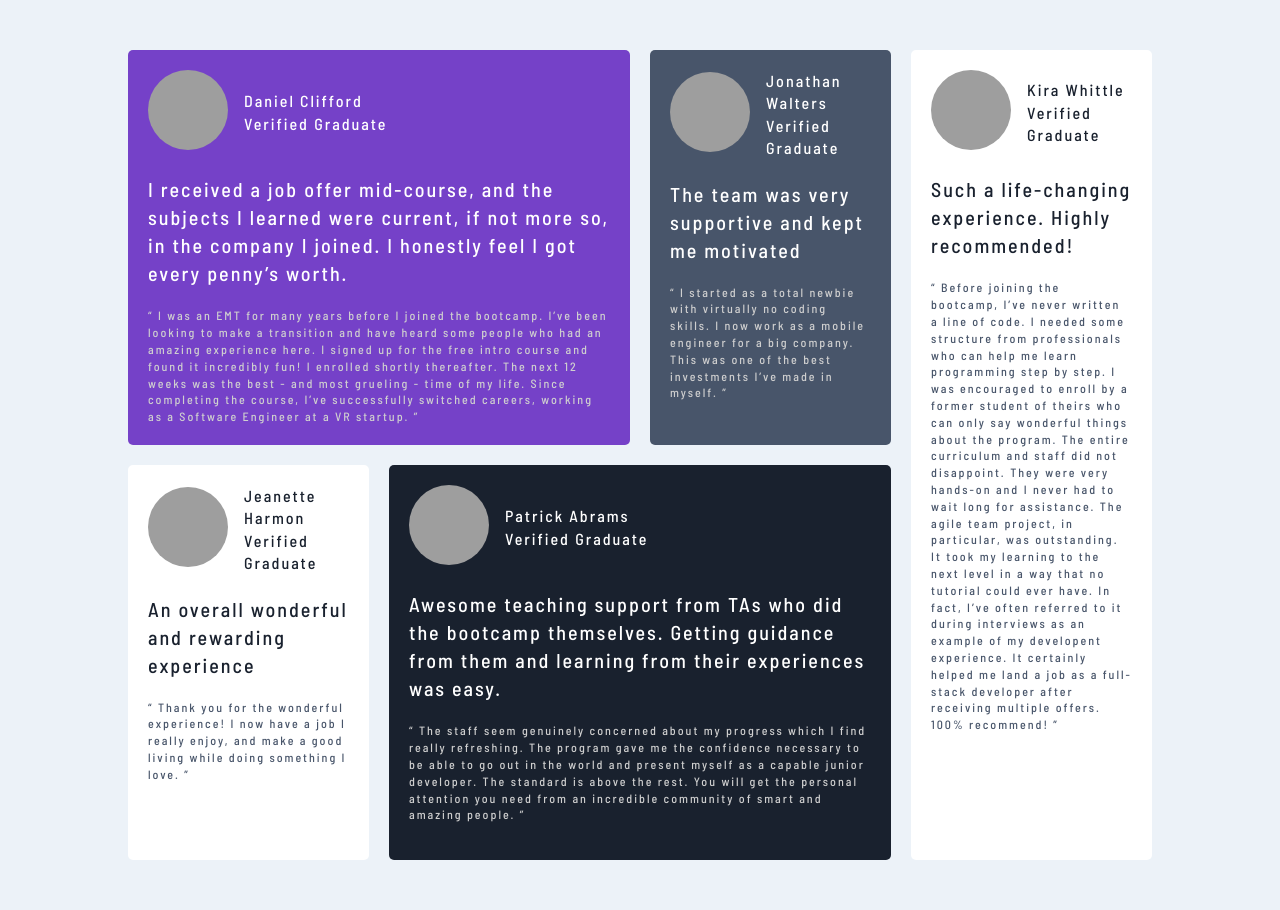
Repository: nptg3105/lab02-testimonials-grid
Page: index.html
These files come from the project's save history. The page is drawn as it stood at one moment and after the next save; the edit follows.
The browser window is 1280 px wide. The pictures show the whole page.
Pictures or frames that could not be fetched are drawn as grey boxes. The style sheet was rebuilt from its Sass, Less or Tailwind sources for each picture, by a compiler version that may differ from the author's.

Above is the page before, as saved 2021-12-08 06:00:22.

After the next save:
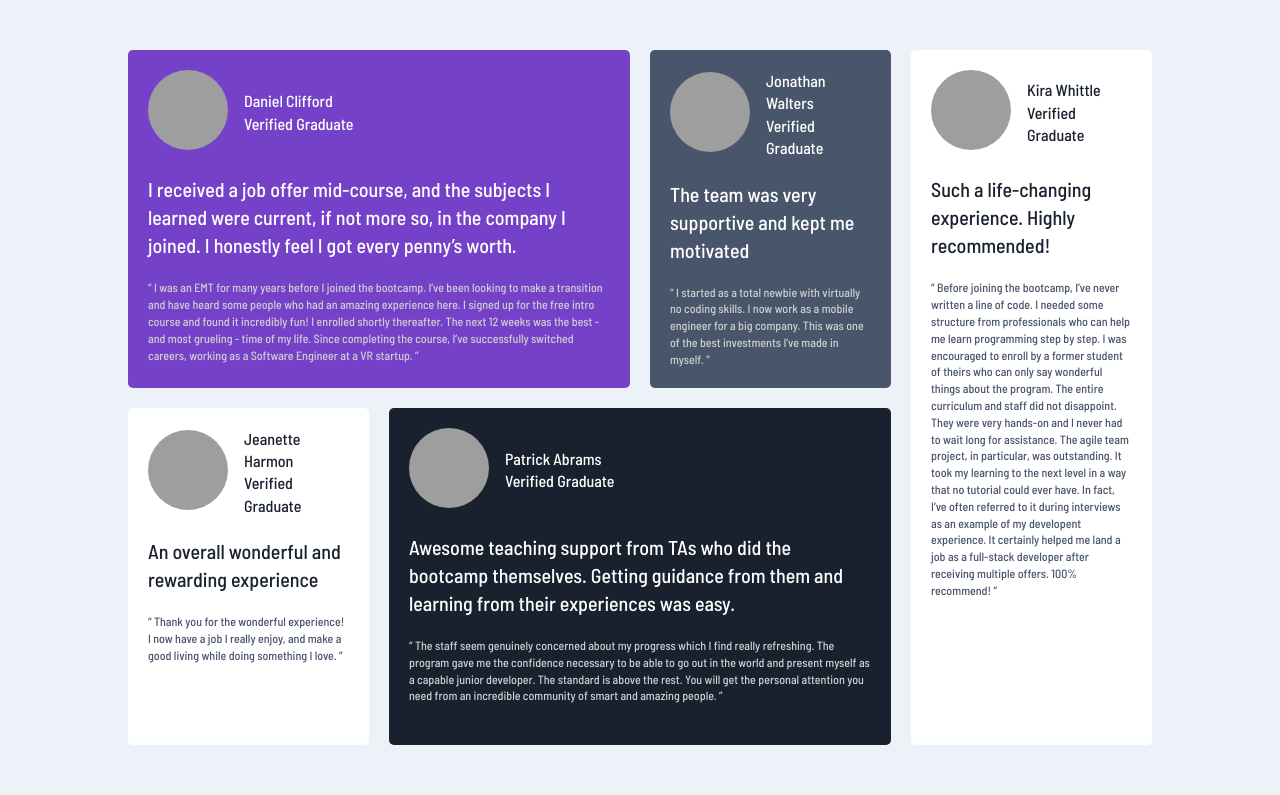
Saved 5 s later.
--- a/style.scss
+++ b/style.scss
@@ -16,7 +16,7 @@ $black-color: #19212e;
 body {
     background-color: $bg-color;
     font-weight: 500;
-    letter-spacing: 2px;
+    // letter-spacing: 2px;
     line-height: 1.4;
 
 }
